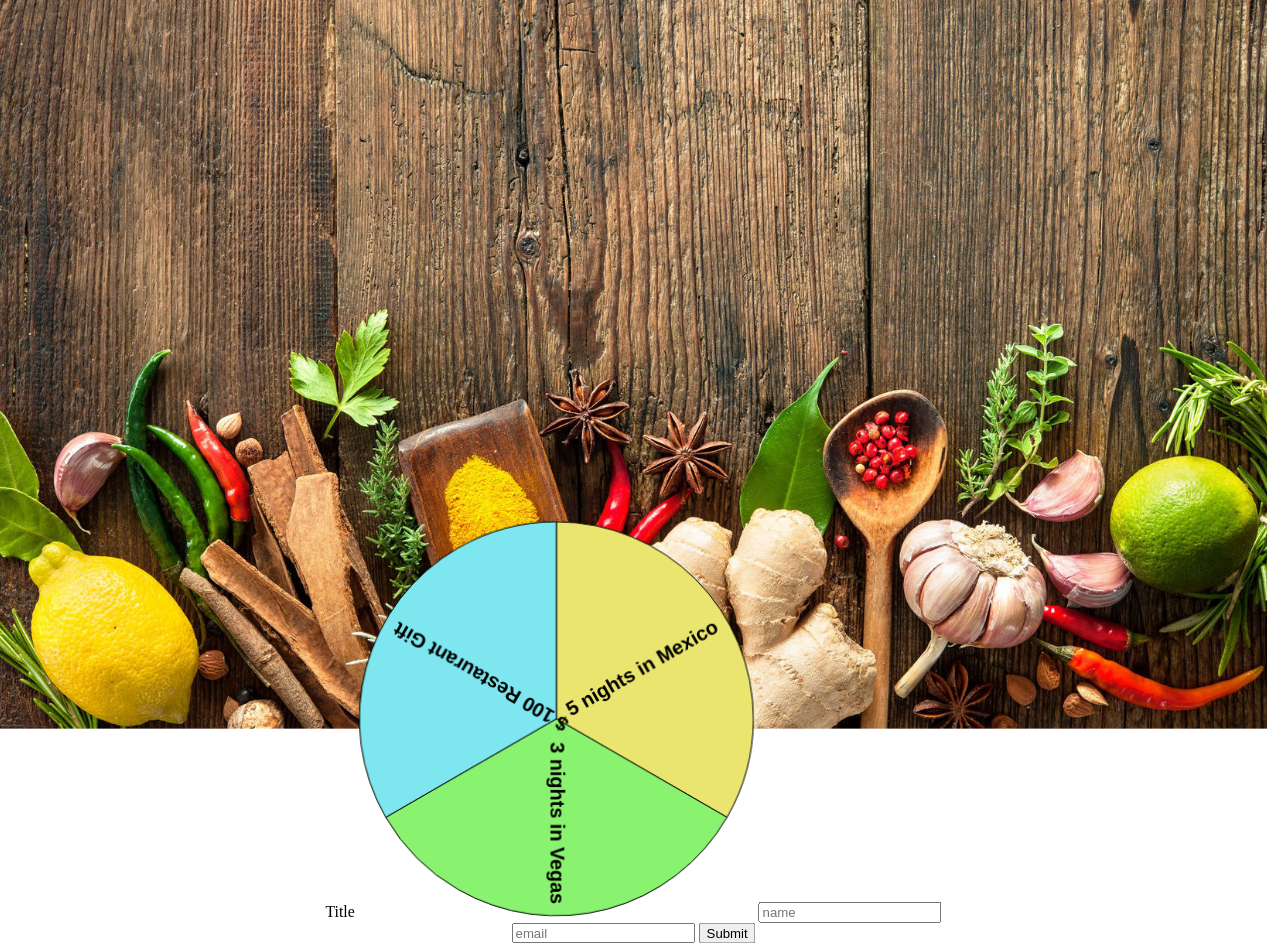
Repository: 43320888/upwork
Page: index.html
An editor plug-in stored every save of this project. The page is shown before and after the next save, followed by the edit.
The browser window is 1280 px wide. The pictures show the whole page, at 99% of full size.

Above is the page before, as saved 2019-01-16 20:44:25.

After the next save:
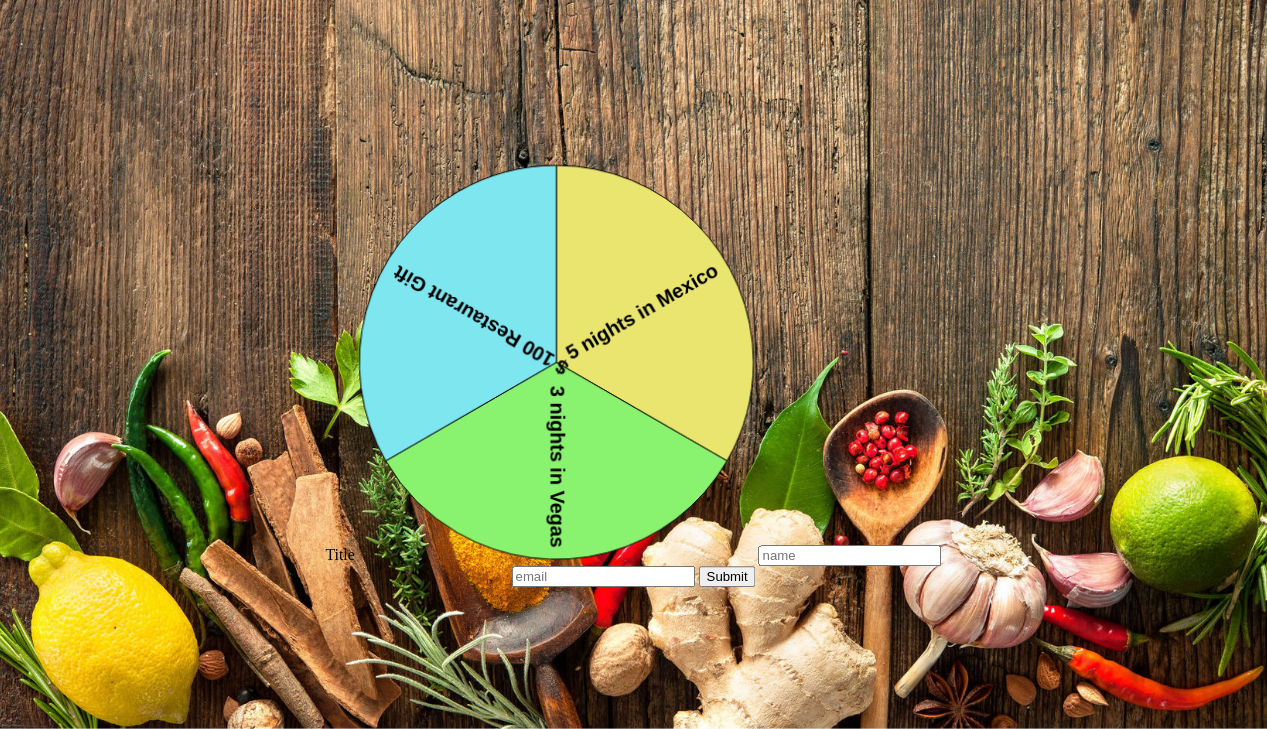
Saved 32 s later.
--- a/script.js
+++ b/script.js
@@ -13,4 +13,4 @@ const theWheel3 = new Winwheel({
 
 
 document.getElementsByClassName('spin-table')[0].style.height = `${document.documentElement.clientHeight}px`;
-document.getElementsByClassName('spin-table')[0].firstElementChild.style.marginTop = `${document.getElementsByClassName('spin-table')[0].clientHeight - document.getElementsByClassName('spin-table')[0].firstElementChild.clientHeight / 2}px`;
+document.getElementsByClassName('spin-table')[0].firstElementChild.style.marginTop = `${document.getElementsByClassName('spin-table')[0].clientHeight / 2 - document.getElementsByClassName('spin-table')[0].firstElementChild.clientHeight / 2}px`;
